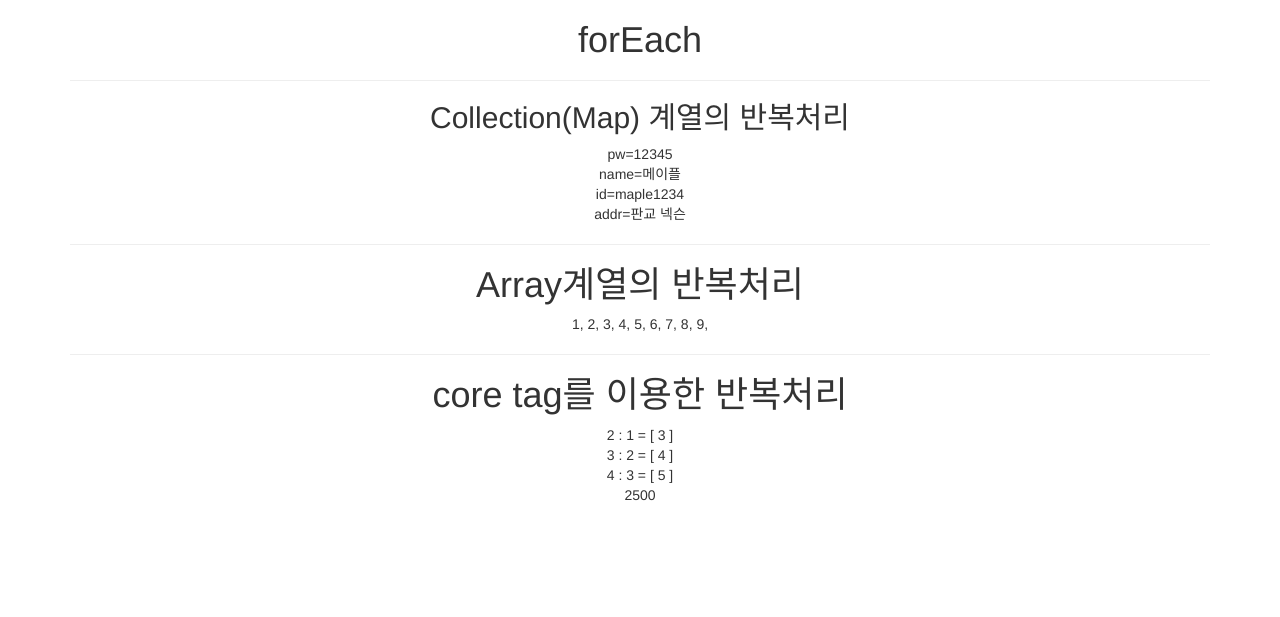
Repository: juhee1020/studying
Page: http://localhost/jsp01_basic/jsp10_jstl/jsp04_foreach.jsp
These files come from the project's save history. The page is drawn as it stood at one moment and after the next save; the edit follows.
The browser window is 1280 px wide. The pictures show the whole page.
The page is served by Tomcat 9. Other server files are loaded and not shown.

Above is the page before, as saved 2022-12-14 02:53:28.

### JSP/jsp01_basic/WebContent/jsp10_jstl/jsp04_foreach.jsp
<%@page import="java.util.HashMap"%>
<%@page import="java.util.Map"%>
<%@page language="java" contentType="text/html; charset=UTF-8" pageEncoding="UTF-8"%>
<%@taglib prefix="c" uri="http://java.sun.com/jsp/jstl/core" %>
<%
	Map<String, String> member=new HashMap<>();
	member.put("id","maple1234");
	member.put("pw","12345");
	member.put("name","메이플");
	member.put("addr","판교 넥슨");
%>
<!DOCTYPE html>
<html>
<head>
	<meta charset="UTF-8">
	<meta name="viewport" content="width=device-width, initial-scale=1, minimum-scale=1, maximum-scale=1">
  	<link rel="stylesheet" href="https://maxcdn.bootstrapcdn.com/bootstrap/3.4.1/css/bootstrap.min.css">
  	<script src="https://ajax.googleapis.com/ajax/libs/jquery/3.6.0/jquery.min.js"></script>
  	<script src="https://maxcdn.bootstrapcdn.com/bootstrap/3.4.1/js/bootstrap.min.js"></script>
<title>Insert title here</title>
</head>
<body>
	<div class="container" align="center">
		<h1>forEach</h1>
		<hr>
		<c:set var="data" value="<%= member %>"/>
		<h2>Collection(Map) 계열의 반복처리</h2>
		<c:forEach var="m" items="${data}">
			${m.key}=${m.value}<br>
		</c:forEach><hr>

		<h1>Array계열의 반복처리</h1>
		<c:set var="arrays" value="<%= new int[]{1,2,3,4,5,6,7,8,9} %>"/>
		<c:forEach var="i" items="${arrays}">
			${i},
		</c:forEach><hr>

		<h1>core tag를 이용한 반복처리</h1>
		<!--
		varStatus가 제공하는 속성 - count, step 정도가 이 중에선 많이 쓰인다는듯
			1. index : loop 실행에서 현재 인덱스
			2. count : loop 실행 횟수
			3. begin : begin 속성값
			4. end : end 속성값
			5. step : step 속성값
			6. first : 현재 실행이 첫번째 실행일 경우 true
			7. last : 현재 실행이 마지막 실행일 경우 true
			8. current : 컬랙션 중 현재 loop에서 사용할 객체
		-->
		<c:forEach var="i" items="${arrays}" begin="2" end="4" varStatus="status">
			${status.index} : ${status.count} = [ ${i} ] <br>
		</c:forEach>

		<!-- 실습1. 1부터 100까지 홀수의 합을 구하기 foreach에 비긴 엔드 -->
		<c:set var="sum" value="0"/>
		<c:forEach var="i" begin="1" end="100" step="2">
			<c:set var="sum" value="${sum+i}"/>
		</c:forEach>
		${sum}
		<!-- 실습2. 구구단의 9단만 출력 -->

	</div>
</body>
</html>

After the next save:
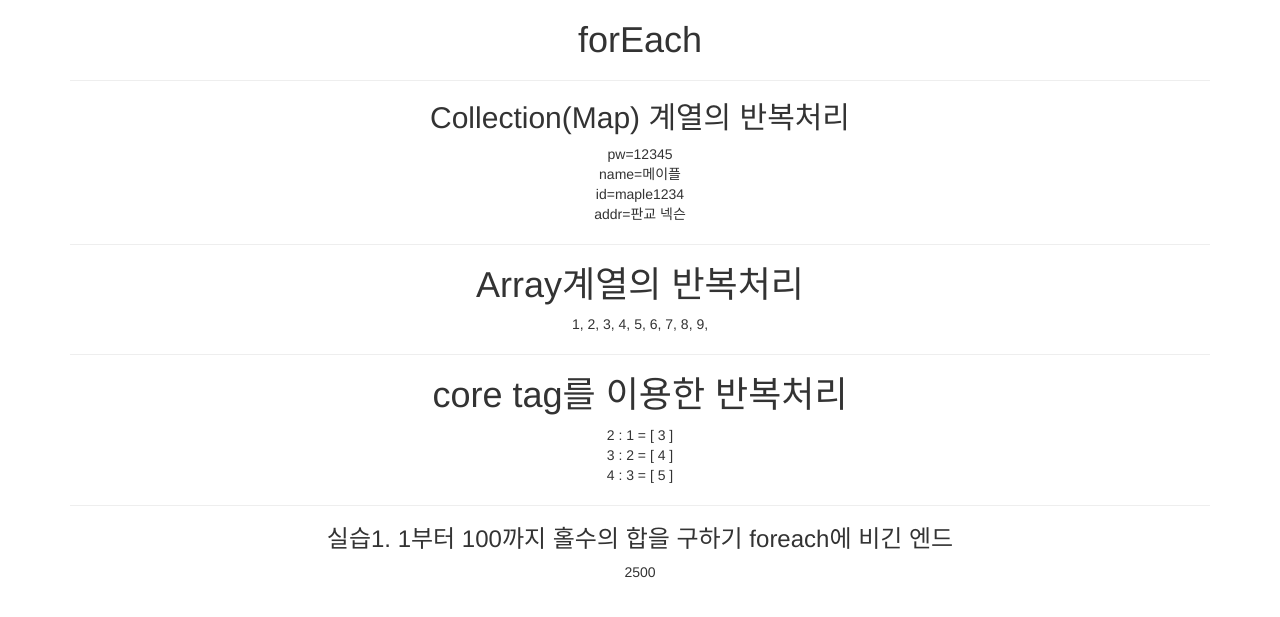
Saved 35 s later.
--- a/JSP/jsp01_basic/WebContent/jsp10_jstl/jsp04_foreach.jsp
+++ b/JSP/jsp01_basic/WebContent/jsp10_jstl/jsp04_foreach.jsp
@@ -49,9 +49,9 @@
 		-->
 		<c:forEach var="i" items="${arrays}" begin="2" end="4" varStatus="status">
 			${status.index} : ${status.count} = [ ${i} ] <br>
-		</c:forEach>
+		</c:forEach><hr>
 
-		<!-- 실습1. 1부터 100까지 홀수의 합을 구하기 foreach에 비긴 엔드 -->
+		<h3>실습1. 1부터 100까지 홀수의 합을 구하기 foreach에 비긴 엔드</h3>
 		<c:set var="sum" value="0"/>
 		<c:forEach var="i" begin="1" end="100" step="2">
 			<c:set var="sum" value="${sum+i}"/>
